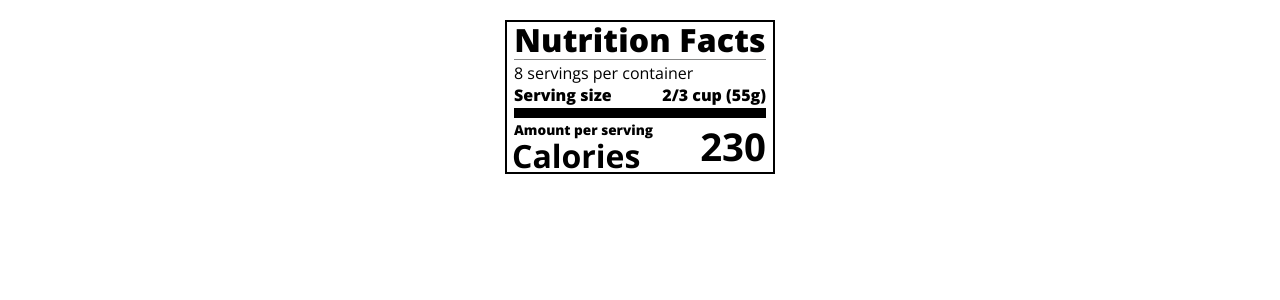
Repository: AimenDje/NutritionLabel
Page: index.html
These files come from the project's save history. The page is drawn as it stood at one moment and after the next save; the edit follows.
The browser window is 1280 px wide. The pictures show the whole page.

Above is the page before, as saved 2025-08-30 22:30:06.

After the next save:
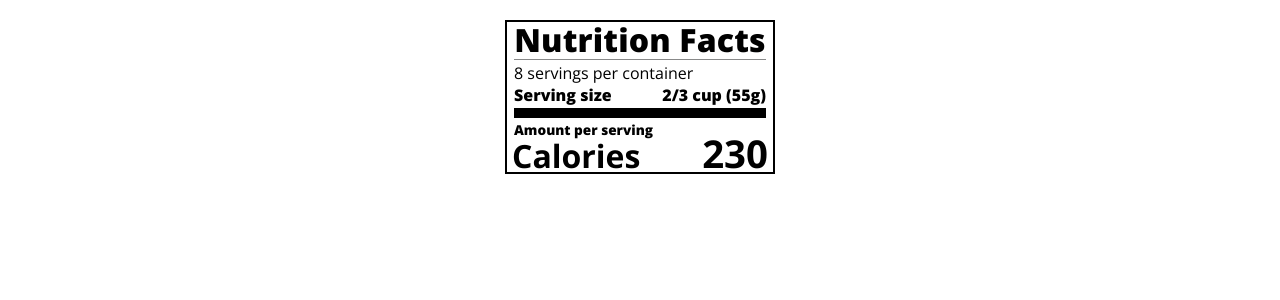
Saved 73 s later.
--- a/styles.css
+++ b/styles.css
@@ -67,7 +67,8 @@ p{
   font-weight:700;
 }
 
-.calories-info span{
-  font-size:2.4em;
-  font-weight:700;
+.calories-info span {
+  font-size: 2.4em;
+  font-weight: 700;
+  margin : -7px -2px;
 }
